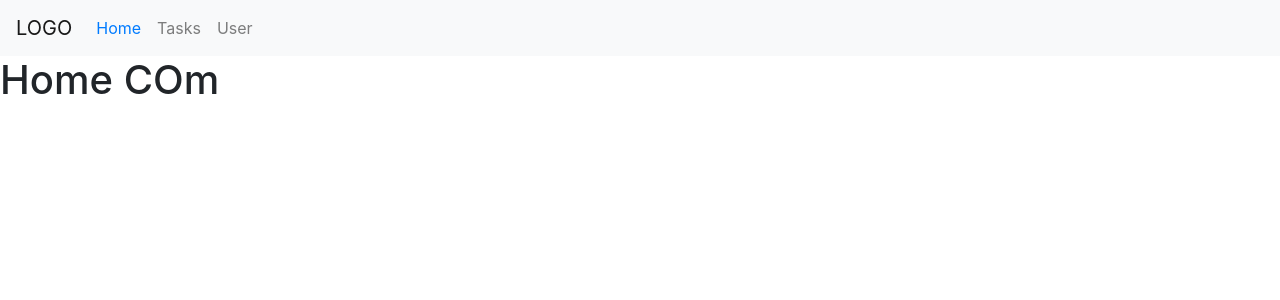
Repository: lalji-yadav/Nimapinfotech-demo-project
Page: /
An editor plug-in stored every save of this project. The page is shown before and after the next save, followed by the edit.
The browser window is 1280 px wide. The pictures show the whole page.
The project was rebuilt for these pictures with package versions that can differ from the ones it lists, and the page was loaded fresh each time. Also part of the build but not shown: src/App.css, src/components/Tasks.js, src/components/Users.js, src/components/Login.js.

Above is the page before, as saved 2021-01-16 17:15:48.

### src/App.js
import './App.css';
import Navbar from "./components/Navbars";
import Login from "./components/Login";


function App() {
  return (
    <div>

    {/* <Login /> */}
    <Navbar />
    </div>
  );
}

export default App;

### src/components/Navbars.js
import React from 'react';
import { Navbar,Nav,NavDropdown,Form,FormControl ,Button } from 'react-bootstrap';
import {
  BrowserRouter as Router,
  Switch,
  Route,
  Link
} from "react-router-dom";

import Home from "./Home";
import Tasks from "./Tasks";
import User from "./Users";


const Navbars=()=> {
        return (
            <div>

<Router>
      <div>
        {/* <nav>
          <ul>
            <li>
              <Link to="/">Home</Link>
            </li>
            <li>
              <Link to="/about">About</Link>
            </li>
            <li>
              <Link to="/users">Users</Link>
            </li>
          </ul>
        </nav> */}
         <Navbar bg="light" expand="lg">
                <Navbar.Brand href="#home">LOGO</Navbar.Brand>
                <Navbar.Toggle aria-controls="basic-navbar-nav" />
                <Navbar.Collapse id="basic-navbar-nav">
                  <Nav className="mr-auto">
                    <Nav.Link> <Link to="/">Home</Link> </Nav.Link>
                    <Nav.Link href="#link">Tasks</Nav.Link>
                    <Nav.Link href="#link">User</Nav.Link>

                  </Nav>
                </Navbar.Collapse>
              </Navbar>

        {/* A <Switch> looks through its children <Route>s and
            renders the first one that matches the current URL. */}
        <Switch>
          <Route path="/">
            <Home />
          </Route>
          <Route path="/users">
            <Tasks />
          </Route>
          <Route path="/">
            <User />
          </Route>
        </Switch>
      </div>
    </Router>

              {/* <Navbar bg="light" expand="lg">
                <Navbar.Brand href="#home">LOGO</Navbar.Brand>
                <Navbar.Toggle aria-controls="basic-navbar-nav" />
                <Navbar.Collapse id="basic-navbar-nav">
                  <Nav className="mr-auto">
                    <Nav.Link href="#home">Home</Nav.Link>
                    <Nav.Link href="#link">Tasks</Nav.Link>
                    <Nav.Link href="#link">User</Nav.Link>

                  </Nav>
                </Navbar.Collapse>
              </Navbar> */}

            </div>
        );
    }

export default Navbars;

### src/components/Home.js
import React from 'react';

const Home=()=> {

        return (
            <div>
                <h1>Home COm</h1>

            </div>
        );
    }

export default Home;

Loaded but not shown: public/index.html (common file); src/index.js (common file); src/index.css (common file); src/reportWebVitals.js (common file); src/App.css (no copy from this time; the picture is the same without it)

After the next save:
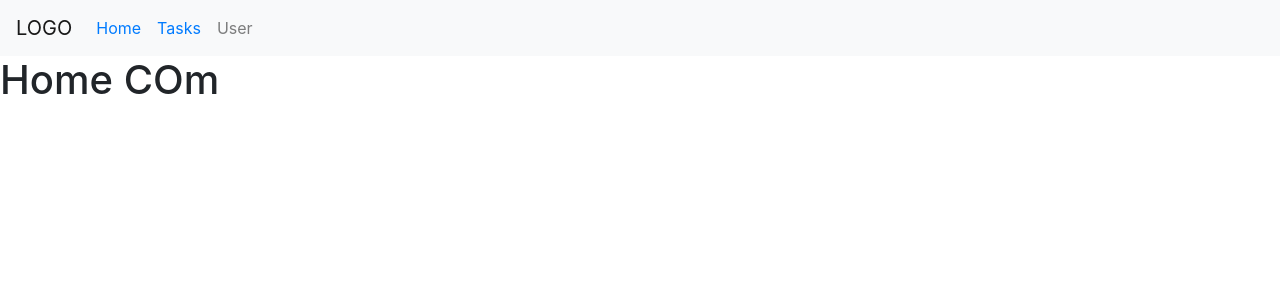
Saved 44 s later.
--- a/src/components/Navbars.js
+++ b/src/components/Navbars.js
@@ -37,7 +37,7 @@ const Navbars=()=> {
                 <Navbar.Collapse id="basic-navbar-nav">
                   <Nav className="mr-auto">
                     <Nav.Link> <Link to="/">Home</Link> </Nav.Link>
-                    <Nav.Link href="#link">Tasks</Nav.Link>
+                    <Nav.Link> <Link to="/">Tasks</Link> </Nav.Link>
                     <Nav.Link href="#link">User</Nav.Link>
 
                   </Nav>
